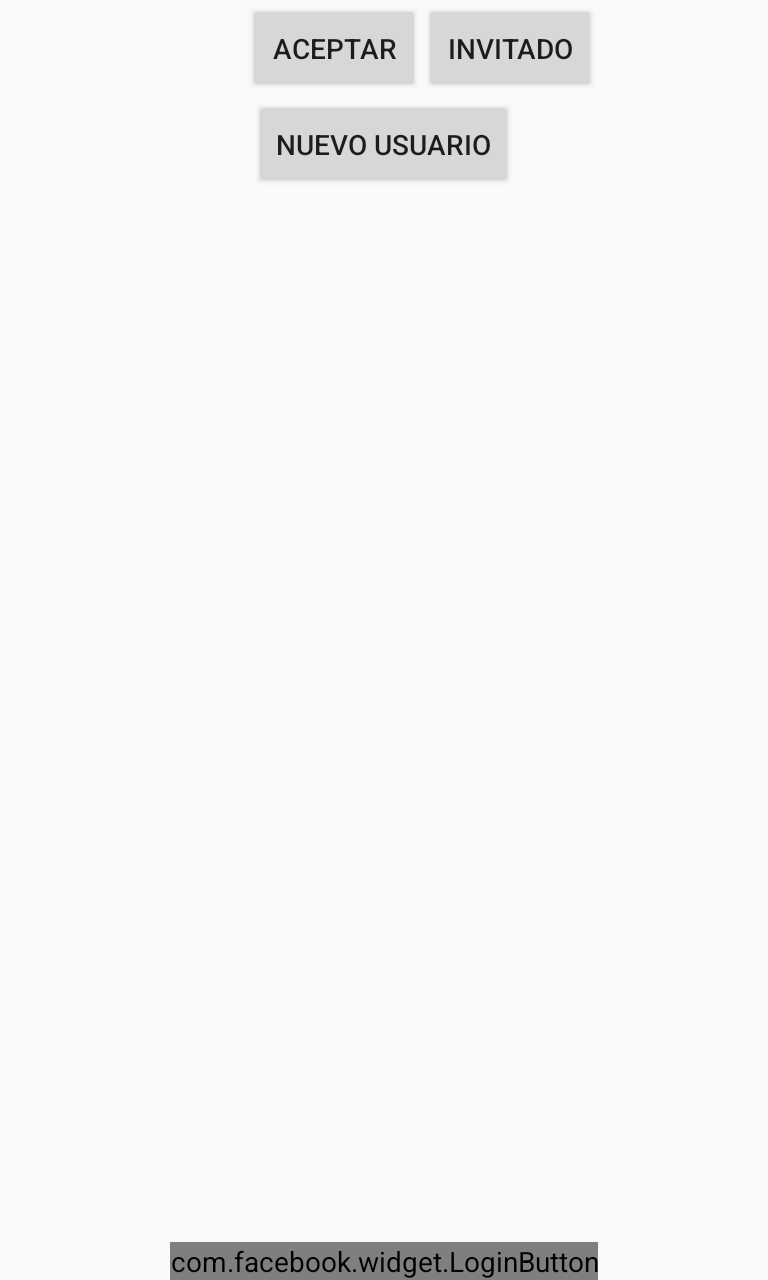
Repository: MVidi/juegos
Layout: SermoJuego/res/layout/pantallaprimera.xml
The author's editor kept a copy of each file at every save. The layout is drawn from the files as they stood at one save, then again after the next save.
Pictures or frames that could not be fetched are drawn as grey boxes. It is drawn on a 768 x 1280 px phone screen (xhdpi) without system bars, with theme AppTheme; the app's code is not run.

Above is the layout before, as saved 2014-08-11 16:18:40.

After the next save:
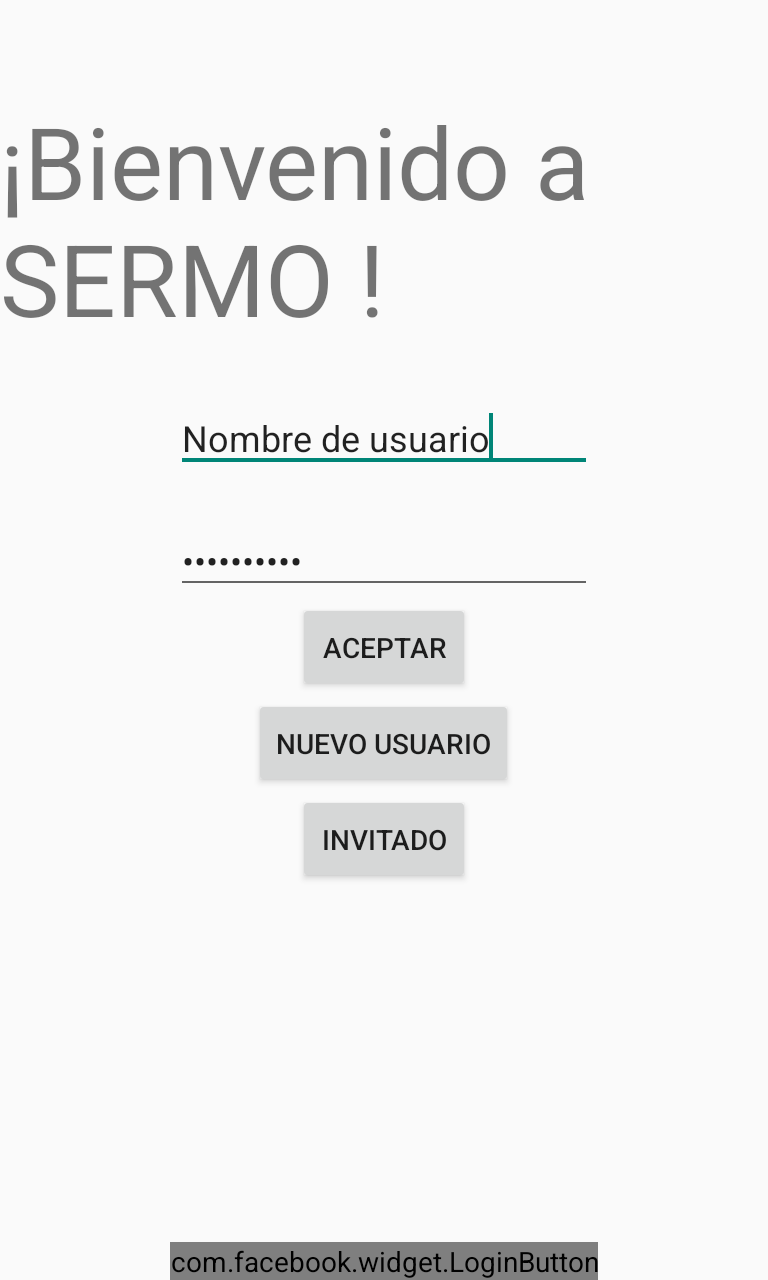
Saved 63 s later.
--- a/SermoJuego/res/layout/pantallaprimera.xml
+++ b/SermoJuego/res/layout/pantallaprimera.xml
@@ -6,22 +6,51 @@
     tools:context=".pantallaInicioActivity"
     tools:ignore="MergeRootFrame" >
 
+     <TextView
+        android:id="@+id/TituloPI"
+        android:layout_width="wrap_content"
+        android:layout_height="wrap_content"
+        android:layout_alignParentTop="true"
+        android:layout_centerHorizontal="true"
+        android:layout_marginTop="47dp"
+        android:text="@string/juego"
+        android:textSize="50sp" />
+
+    <EditText
+        android:id="@+id/contrasenaPI"
+        android:layout_width="wrap_content"
+        android:layout_height="wrap_content"
+        android:layout_centerHorizontal="true"
+        android:layout_below="@+id/usuarioPI"
+        android:layout_marginTop="20dp"
+        android:ems="10"
+        android:inputType="textPassword"
+        android:onClick="clicarContrasena"
+        android:text="@string/Contrasena" />
+
+    <EditText
+        android:id="@+id/usuarioPI"
+        android:layout_width="wrap_content"
+        android:layout_height="wrap_content"
+        android:layout_below="@+id/TituloPI"
+        android:layout_centerHorizontal="true"
+        android:layout_marginTop="24dp"
+        android:ems="10"
+        android:inputType="textPersonName"
+        android:onClick="clicarUsuario"
+        android:text="@string/Usuario" >
+
+        <requestFocus />
+    </EditText>
+
     <Button
         android:id="@+id/aceptarPI"
         android:layout_width="wrap_content"
         android:layout_height="wrap_content"
-        android:layout_toLeftOf="@+id/invitadoPI"
+        android:layout_centerHorizontal="true"
+        android:layout_below="@+id/contrasenaPI"
         android:onClick="aceptarPulsado"
         android:text="@string/Aceptar" />
-
-    <Button
-        android:id="@+id/invitadoPI"
-        android:layout_width="wrap_content"
-        android:layout_height="wrap_content"
-        android:layout_above="@+id/nuevoUsuarioPI"
-        android:layout_alignRight="@+id/authButton"
-        android:onClick="conectarMongo"
-        android:text="@string/Invitado" />
 
     <Button
         android:id="@+id/nuevoUsuarioPI"
@@ -31,6 +60,15 @@
         android:layout_centerHorizontal="true"
         android:text="@string/nuevoUsuario" />
 
+    <Button
+        android:id="@+id/invitadoPI"
+        android:layout_width="wrap_content"
+        android:layout_height="wrap_content"
+  		android:layout_centerHorizontal="true"
+        android:layout_below="@+id/nuevoUsuarioPI"
+        android:text="@string/Invitado"
+    	android:onClick="conectarMongo" />
+
     <com.facebook.widget.LoginButton
         android:id="@+id/authButton"
         android:layout_width="wrap_content"
